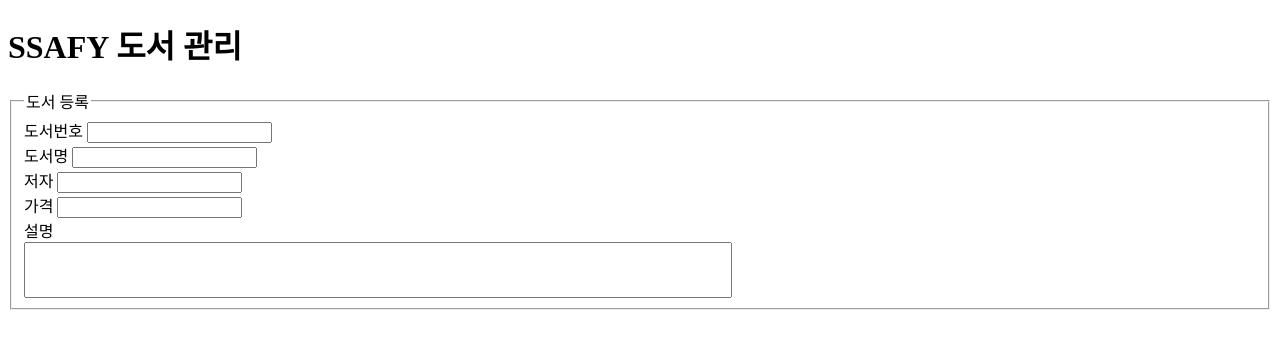
Repository: nkj0901/Personal-Repository
Page: SSAFY/서블릿/back_db_ws_01_3/WebContent/regist.html
An editor plug-in stored every save of this project. The page is shown before and after the next save, followed by the edit.
The browser window is 1280 px wide. The pictures show the whole page.

Above is the page before, as saved 2022-09-01 07:26:34.

### SSAFY/서블릿/back_db_ws_01_3/WebContent/regist.html
<!DOCTYPE html>
<html>
<head>
<meta charset="UTF-8">
<title>SSAFY 도서 관리</title>
</head>
<body>
	<h1>SSAFY 도서 관리</h1>

	<fieldset>
	<legend>도서 등록</legend>
	<label>도서번호</label>
	<input type = "text" name = "isbn"> <br>
	<label>도서명</label>
	<input type = "text" name = "title"> <br>
	<label>저자</label>
	<input type = "text" name = "author"> <br>
	<label>가격</label>
	<input type = "text" name = "price"> <br>
	<label>설명</label> <br>
	<input style="width:700px; height:50px" type = "text" name = "desc" > <br>
	</fieldset>


</body>
</html>

After the next save:
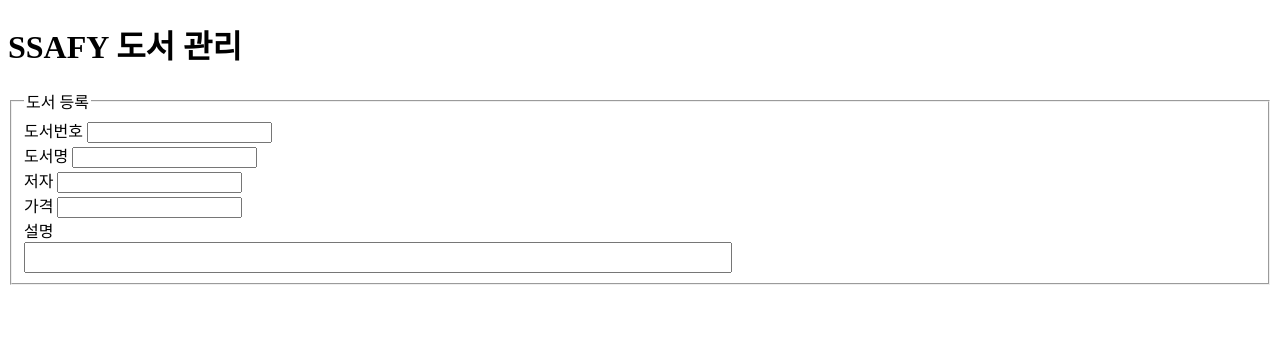
Saved 11 s later.
--- a/SSAFY/서블릿/back_db_ws_01_3/WebContent/regist.html
+++ b/SSAFY/서블릿/back_db_ws_01_3/WebContent/regist.html
@@ -18,7 +18,7 @@
 	<label>가격</label>
 	<input type = "text" name = "price"> <br>
 	<label>설명</label> <br>
-	<input style="width:700px; height:50px" type = "text" name = "desc" > <br>
+	<input style="width:700px; height:25px" type = "text" name = "desc" > <br>
 	</fieldset>
 
 
